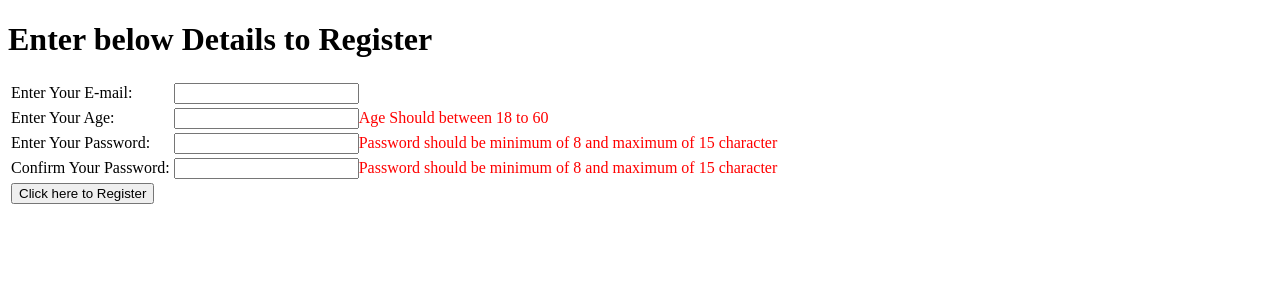
Repository: royalnavghans/JavaFullStackGit
Page: http://localhost/SpringAss2/WEB-INF/Register.jsp
These files come from the project's save history. The page is drawn as it stood at one moment and after the next save; the edit follows.
The browser window is 1280 px wide. The pictures show the whole page.
The page is served by Tomcat 9. Nobody is signed in. Other server files are loaded and not shown. The template is opened directly, without the code that normally fills it, so the values that code supplies are empty.

Above is the page before, as saved 2022-12-04 10:44:42.

### RoyalSpringProjects/RoyalSpringProjects/SpringAss2/src/main/webapp/WEB-INF/Register.jsp
<%@ page language="java" contentType="text/html; charset=ISO-8859-1"
	pageEncoding="ISO-8859-1"%>
<%@ taglib prefix="form" uri="http://www.springframework.org/tags/form"%>
<!DOCTYPE html>
<html>
<head>
<meta charset="ISO-8859-1">
<title>Insert title here</title>
</head>
<style type="text/css">
.error {
	color: red

}
.red{
color:red;}
</style>
<body>
	<h1>Enter below Details to Register</h1>
	<table>
		<tbody>
			<form:form action="validate" modelAttribute="cust">
				<tr>
					<td><form:label path="Email">Enter Your E-mail:</form:label></td>

					<td><form:input path="Email" /></td>
				</tr>
				<form:errors path="Email" cssClass="error" />
				<tr>
					<td><form:label path="Age">Enter Your Age:</form:label></td>

					<td><form:input path="Age" /><span class="red">Age Should between 18 to 60 </span></td>
				</tr>
				<form:errors path="Age" cssClass="error" />
				<tr>
					<td><form:label path="Password">Enter Your Password:</form:label></td>

					<td><form:input path="Password" /><span class="red">Password should be minimum of 8 and maximum of 15 character</span></td>
				</tr>
				<form:errors path="Password" cssClass="error" />
				<tr>
					<td><form:label path="ConfrmPassword">Confirm Your Password: </form:label></td>

					<td><form:input path="ConfrmPassword" /><span class="red">Password should be minimum of 8 and maximum of 15 character</span></td>
				</tr>
				<form:errors path="ConfrmPassword" cssClass="error" />
				<tr>
					<td><input type="submit" value="Click here to Register"></td>
				</tr>
			</form:form>
		</tbody>
	</table>
</body>
</html>

After the next save:
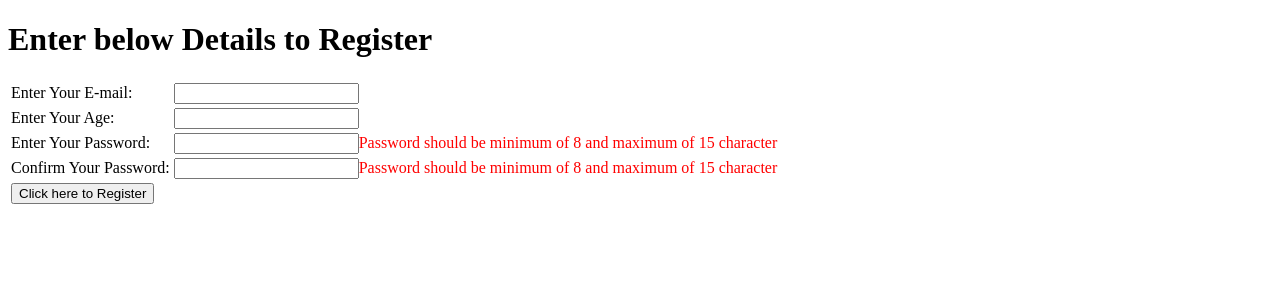
Saved 30 s later.
--- a/RoyalSpringProjects/RoyalSpringProjects/SpringAss2/src/main/webapp/WEB-INF/Register.jsp
+++ b/RoyalSpringProjects/RoyalSpringProjects/SpringAss2/src/main/webapp/WEB-INF/Register.jsp
@@ -29,7 +29,7 @@
 				<tr>
 					<td><form:label path="Age">Enter Your Age:</form:label></td>
 
-					<td><form:input path="Age" /><span class="red">Age Should between 18 to 60 </span></td>
+					<td><form:input path="Age" /></td>
 				</tr>
 				<form:errors path="Age" cssClass="error" />
 				<tr>

After the save that followed:
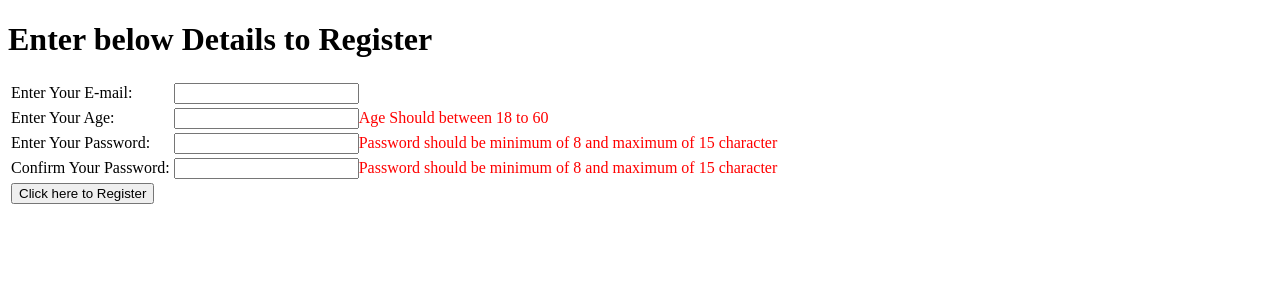
Saved 48 s later.
--- a/RoyalSpringProjects/RoyalSpringProjects/SpringAss2/src/main/webapp/WEB-INF/Register.jsp
+++ b/RoyalSpringProjects/RoyalSpringProjects/SpringAss2/src/main/webapp/WEB-INF/Register.jsp
@@ -29,7 +29,7 @@
 				<tr>
 					<td><form:label path="Age">Enter Your Age:</form:label></td>
 
-					<td><form:input path="Age" /></td>
+					<td><form:input path="Age" /><span class="red">Age Should between 18 to 60 </span></td>
 				</tr>
 				<form:errors path="Age" cssClass="error" />
 				<tr>
